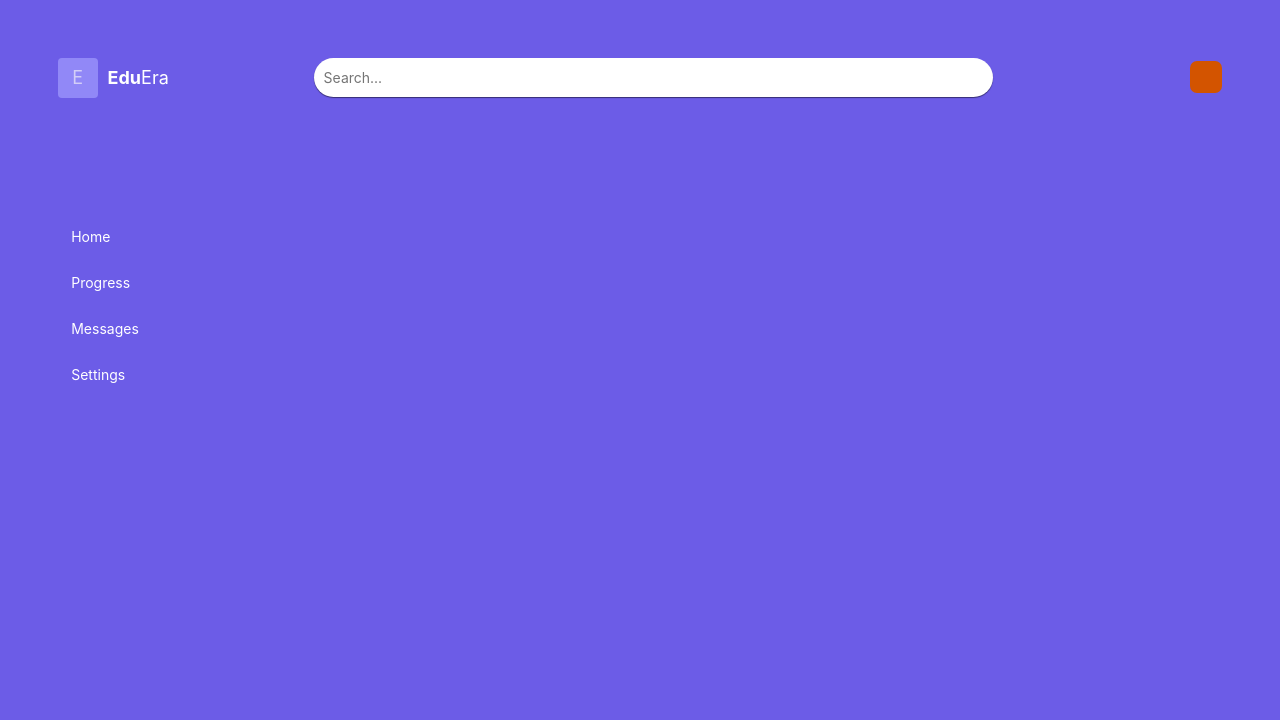
Repository: huynhnt1406/coursestorage
Page: / (app in coursestorage/)
These files come from the project's save history. The page is drawn as it stood at one moment and after the next save; the edit follows.
The browser window is 1280 px wide. The pictures show the whole page.
The project was rebuilt for these pictures with package versions that can differ from the ones it lists, and the page was loaded fresh each time.

Above is the page before, as saved 2021-05-01 16:56:00.

### coursestorage/src/main.js
import Vue from 'vue'
import App from './App.vue'
import 'ant-design-vue/dist/antd.css'
import Antd from 'ant-design-vue';
Vue.config.productionTip = false
Vue.use(Antd);
new Vue({
  render: h => h(App),
}).$mount('#app')

### coursestorage/src/App.vue
<template>
  <div class="container">
    <div class="sidebar">
      <Sidebar/>
    </div>
    <div class="main">
      <SearchBar/>
    </div>
  </div>
</template>

<script>
import Sidebar from './components/Sidebar'
import SearchBar from './components/SearchBar'
export default {
  components:{
    Sidebar,
    SearchBar
  }
}
</script>

<style>
*{
  margin:0
}
.container{
  background-color:#6c5ce7;
  min-height: 100vh;
  display: flex;
}
.main{
  flex:0.8;
}
</style>

### coursestorage/src/components/Sidebar.vue
<template>
  <div class="sidebar">
      <div class="sidebar-header">
          <a-avatar shape="square" size="large" style="backgroundColor:#a29bfe ; opacity:0.7 ; marginRight:10px">E</a-avatar>
          <span><strong>Edu</strong>Era</span>
      </div>
      <div class="sidebar-links">
          <div class="link">
              <a-icon style="color:#a29bfe ; opacity:0.7" type="appstore"/>
              <span>Home</span>
          </div>
           <div class="link">
               <a-icon style="color:#a29bfe ; opacity:0.7" type="bar-chart" />
              <span>Progress</span>
          </div>
           <div class="link">
               <a-icon style="color:#a29bfe ; opacity:0.7" type="message" />
                <span>Messages</span>
          </div>
           <div class="link">
                <a-icon style="color:#a29bfe ; opacity:0.7" type="setting" />
              <span>Settings</span>
          </div>
      </div>
  </div>
</template>

<script>
export default {

}
</script>

<style>
.sidebar{
    flex:0.2;
    background-color:#6c5ce7;
}
.sidebar-header{
    display: flex;
    align-items: center;
    padding:8vh 0 8vh 8vh
}
.sidebar-header span{
    color:white;
    font-size: large;
}
.sidebar-links{
    padding:8.5vh;
}
.link{
    display: flex;
    margin-bottom:5px;
    align-items: center;
    padding:10px 0 10px 0;
    color:white;
}
.link span{
    margin-left:10px;
}
.link:hover{
    color:#d35400;
    cursor: pointer;
}
</style>

### coursestorage/src/components/SearchBar.vue
<template>
  <div class="searchbar">
    <div class="search-tool">
        <a-icon type="search"  />
        <input type="text" placeholder="Search..." >
    </div>
    <div class="icons">
        <a-avatar shape="square" icon="user" type="user" style="color:black ;backgroundColor:transparent; border-radius:7px "  />
        <a-avatar shape="square" style="backgroundColor:#d35400 ;border-radius:7px " icon="fire" />
    </div>
  </div>
</template>

<script>
export default {

}
</script>

<style>
.searchbar{
    padding:8vh;
    display: flex;
    justify-content: space-between;
    align-items: center;
    flex:1;
}
.search-tool {
    background-color: white;
    box-shadow: 0 1px 1px rgba(0,0,0,.5);
    padding:8px;
    flex:0.8;
    border-radius: 20px;
}
.search-tool input{
    width: 90%;
    background-color: transparent;
    border:none;
    outline:none;
}
</style>

Loaded but not shown: coursestorage/public/index.html (common file)

After the next save:
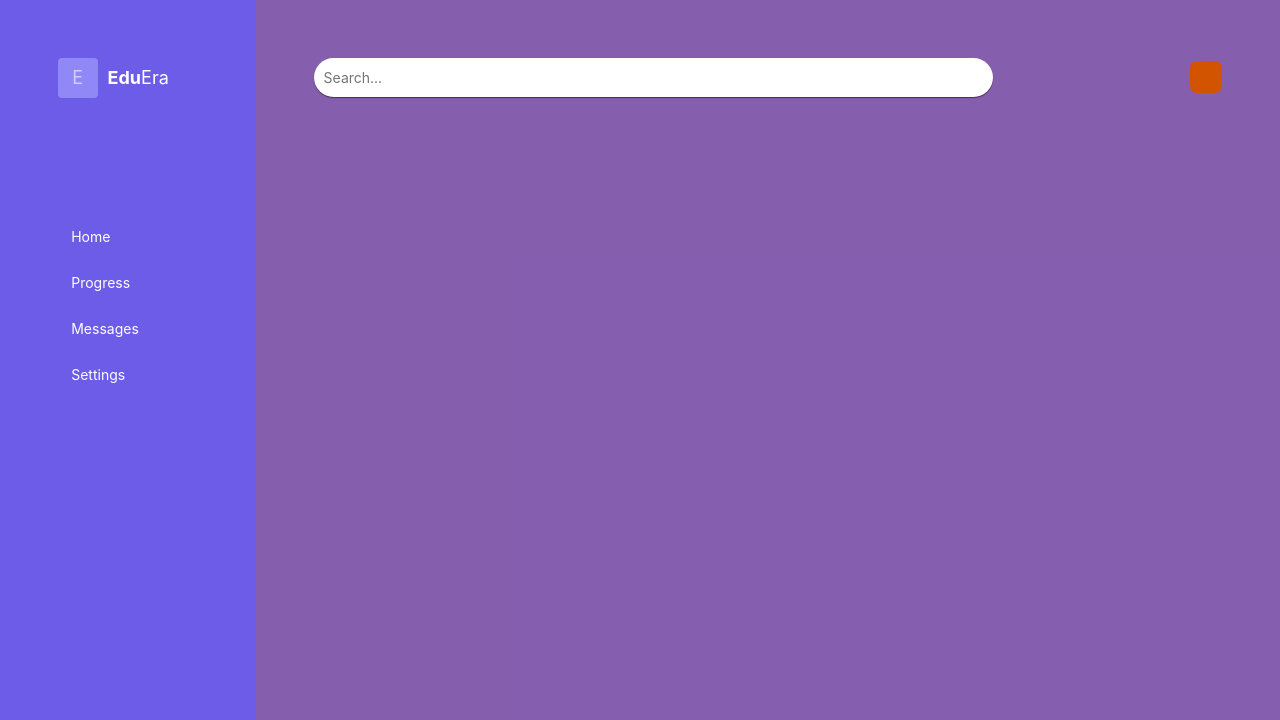
Saved 97 s later.
--- a/coursestorage/src/App.vue
+++ b/coursestorage/src/App.vue
@@ -25,7 +25,7 @@
   margin:0
 }
 .container{
-  background-color:#6c5ce7;
+  background-color:rgba(102, 51, 153, 0.788);
   min-height: 100vh;
   display: flex;
 }

After the save that followed:
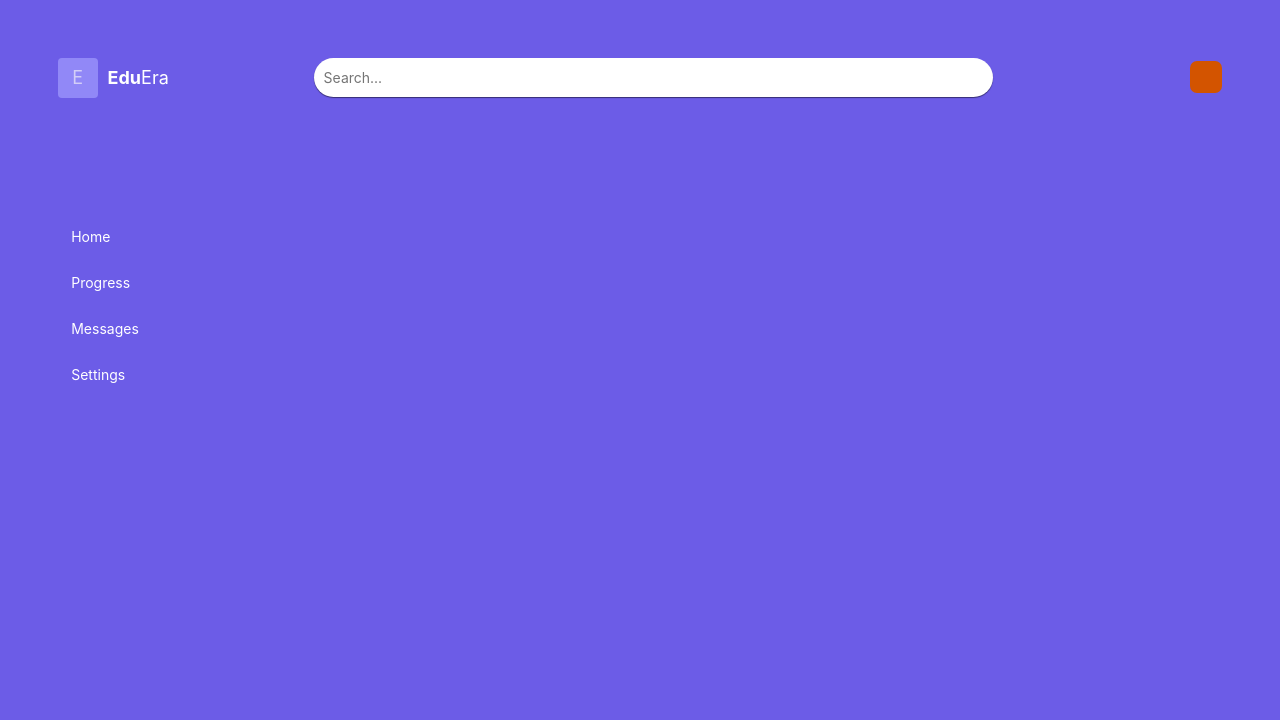
Saved 9 s later.
--- a/coursestorage/src/App.vue
+++ b/coursestorage/src/App.vue
@@ -25,7 +25,7 @@
   margin:0
 }
 .container{
-  background-color:rgba(102, 51, 153, 0.788);
+  background-color:#6c5ce7;
   min-height: 100vh;
   display: flex;
 }
